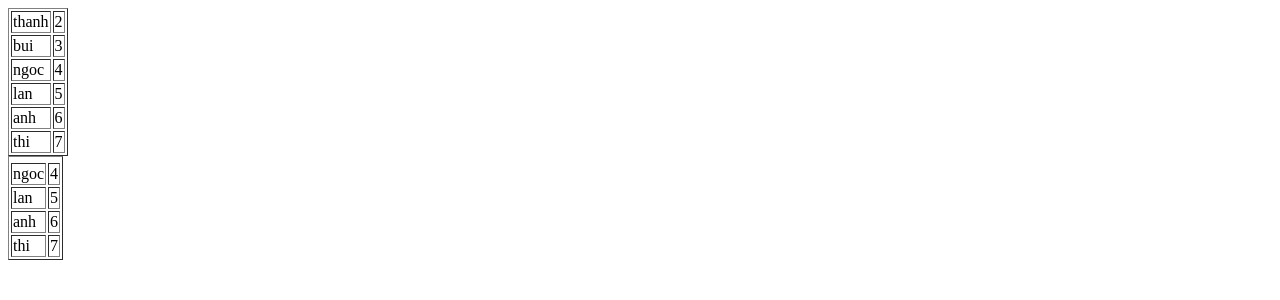
Repository: thanhbui99/java-eclipse
Page: http://localhost/exampleJsp/indexProcess.jsp
These files come from the project's save history. The page is drawn as it stood at one moment and after the next save; the edit follows.
The browser window is 1280 px wide. The pictures show the whole page.
The page is served by Tomcat 9.

Above is the page before, as saved 2020-10-30 12:10:39.

After the next save:
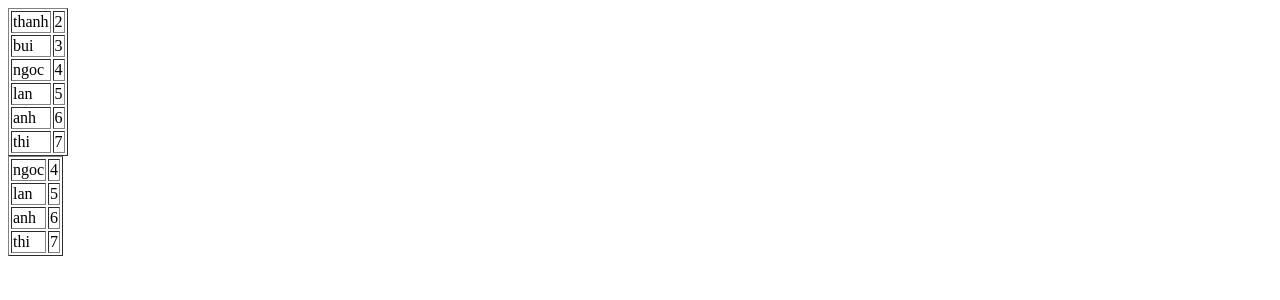
Saved 23 s later.
--- a/workspace/exampleJsp/WebContent/Display.jsp
+++ b/workspace/exampleJsp/WebContent/Display.jsp
@@ -19,14 +19,14 @@
 	</table>
 	<table border="1">
 		<c:forEach items="${indo}" var="list">
+			<c:if test="${list.stt >3}">
+				<tr>
 
-			<tr>
-				<c:if test="${list.stt >3}">
 					<td>${list.name}</td>
 					<td>${list.stt}</td>
-				</c:if>
-			</tr>
 
+				</tr>
+			</c:if>
 		</c:forEach>
 	</table>
 
